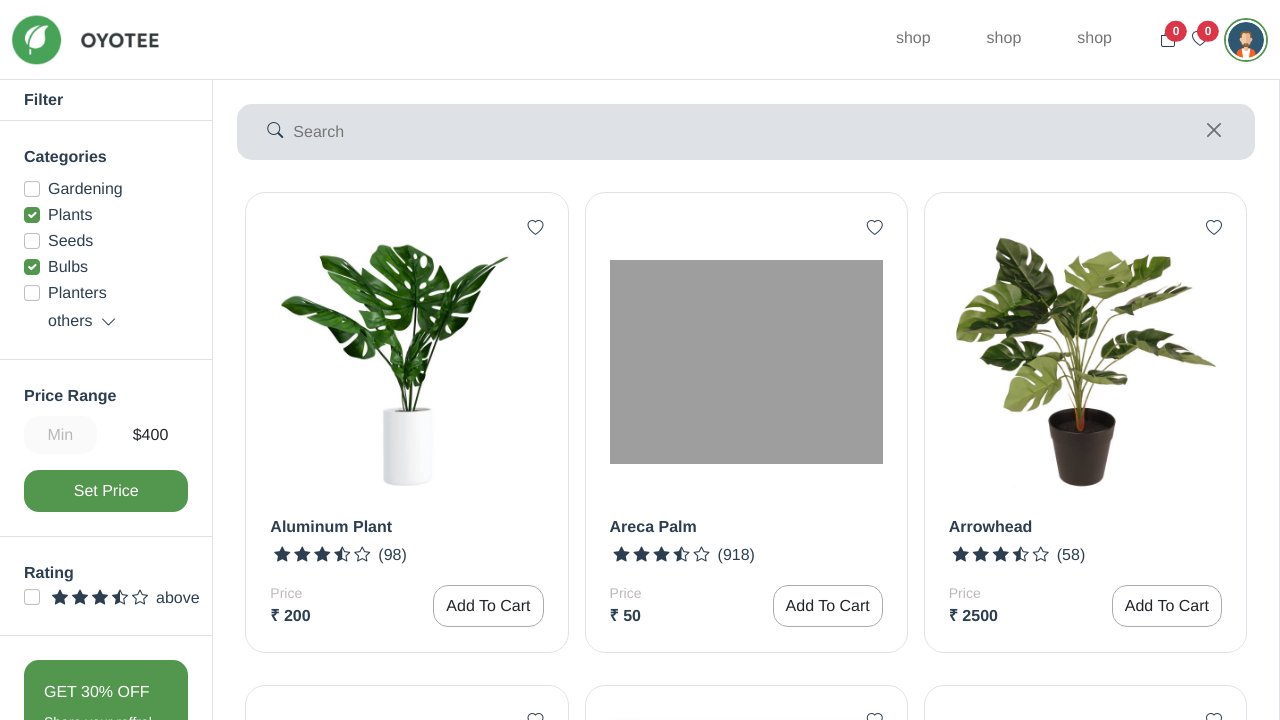
Repository: arpitaWebD/PlantShopping
Page: /
The author's editor kept a copy of each file at every save. The page is drawn from the files as they stood at one save, then again after the next save.
The browser window is 1280 px wide. The pictures show the whole page.
Pictures or frames that could not be fetched are drawn as grey boxes. An inner scrolling area shows only its first screen. Some web libraries are served in a nearby version. The project was rebuilt for these pictures with package versions that can differ from the ones it lists, and the page was loaded fresh each time. Also part of the build but not shown: src/views/AddToCart.vue, src/views/WishList.vue, src/components/Login.vue.

Above is the page before, as saved 2022-01-24 18:07:28.

### index.html
<!DOCTYPE html>
<html lang="en">
<head>
  <meta charset="UTF-8">
  <link rel="icon" href="/favicon.ico" />
  <meta name="viewport" content="width=device-width, initial-scale=1.0">
  <!-- bootstrap -->
  <link href="https://cdn.jsdelivr.net/npm/bootstrap@5.1.3/dist/css/bootstrap.min.css" rel="stylesheet"
    integrity="sha384-1BmE4kWBq78iYhFldvKuhfTAU6auU8tT94WrHftjDbrCEXSU1oBoqyl2QvZ6jIW3" crossorigin="anonymous" />
  <!--icons -->
  <link rel="stylesheet" href="https://cdn.jsdelivr.net/npm/bootstrap-icons@1.7.1/font/bootstrap-icons.css" />
  <link rel="stylesheet" href="./src/index.css">
  <title>Vite App</title>
</head>
<body>
  <div id="app"></div>
  <script src="https://cdn.jsdelivr.net/npm/bootstrap@5.0.2/dist/js/bootstrap.bundle.min.js"
    integrity="sha384-MrcW6ZMFYlzcLA8Nl+NtUVF0sA7MsXsP1UyJoMp4YLEuNSfAP+JcXn/tWtIaxVXM" crossorigin="anonymous"></script>
  <script type="module" src="/src/main.js"></script>
</body>
</html>

### src/App.vue
<template>
  <Navbar />
  <router-view />
</template>

<script>
import Navbar from "./components/Navbar.vue";
export default {
  components: {
    Navbar,
  },
};
</script>

### src/components/Navbar.vue
<template>
  <nav class="navbar navbar-expand-md navbar-light border-bottom header">
    <div class="container-fluid">
      <a class="navbar-brand" href="#">
        <router-link :to="{ name: 'Home' }">
          <img src="../assets/logo.png" alt="logo" class="logo" />
        </router-link>
      </a>
      <button
        class="navbar-toggler"
        type="button"
        data-bs-toggle="collapse"
        data-bs-target="#navbarNavAltMarkup"
      >
        <span class="navbar-toggler-icon"></span>
      </button>
      <div
        class="
          collapse
          navbar-collapse
          justify-content-md-end justify-content-center
        "
        id="navbarNavAltMarkup"
      >
        <div class="navbar-nav">
          <ul
            class="
              d-flex
              flex-column flex-md-row
              list-unstyled
              mb-0
              h-100
              align-items-center
              n-links
            "
          >
            <li class="nav-link">shop</li>
            <li class="nav-link">shop</li>
            <li class="nav-link">shop</li>
          </ul>
        </div>
        <div class="d-flex justify-content-center align-items-center">
          <div class="dropdown">
            <router-link :to="{ name: 'AddCart' }">
              <div class="me-3 cart-icon">
                <i class="bi bi-bag fa-2x"></i>
                <span
                  class="
                    position-absolute
                    bottom-0
                    start-100
                    translate-middle
                    badge
                    rounded-pill
                    bg-danger
                  "
                  >{{ cart.length }}</span
                >
              </div>
            </router-link>
          </div>
          <div class="me-3">
            <router-link :to="{ name: 'WishList' }">
              <div class="cart-icon">
                <i class="bi bi-heart fa-2x"></i>
                <span
                  class="
                    position-absolute
                    bottom-0
                    start-100
                    translate-middle
                    badge
                    rounded-pill
                    bg-danger
                  "
                  >{{ wishList.length }}</span
                >
              </div>
            </router-link>
          </div>
          <div class="avatar-icon">
            <img src="../assets/avatar.png" alt="avatar" width="40" />
          </div>
        </div>
      </div>
    </div>
  </nav>
</template>

<script>
import { mapState, mapMutations } from "vuex";
export default {
  computed: {
    ...mapState(["products", "cart", "wishList"]),
  },
};
</script>

### src/views/Home.vue
<template>
  <div class="addCart-card row p-0 m-0 flex-grow-1 main">
    <!-- <Login /> -->
    <LeftSidebar />
    <ProductView />
  </div>
</template>

<script>
import ProductView from "../views/ProductView.vue";
import LeftSidebar from "../views/LeftSidebar.vue";
// import Login from "../components/Login.vue";
export default {
  name: "Home",
  components: {
    ProductView,
    LeftSidebar,
  },
};
</script>

### src/views/ProductView.vue
<template>
  <div class="col-lg-9 col-xl-10 col-md-8 p-0 h-100">
    <div class="row m-0 h-100">
      <div
        class="border-end p-4 h-100 overflow-auto"
        :class="[showPreview ? 'col-md-7 col-lg-8' : 'col-lg-12 col-md-12']"
      >
        <Search :searchItem="searchItem" :filterProduct="filterProduct" />
        <div v-if="filterProduct.length">
          <div class="row g-3 m-0">
            <div
              class="col-sm-12"
              :class="[
                showPreview
                  ? 'col-md-12 col-xl-6 col-xxl-4'
                  : 'col-md-6 col-lg-4',
              ]"
              v-for="(product, index) in filterProduct"
              :key="index"
            >
              <Product :products="product" />
            </div>
          </div>
        </div>
        <div v-else class="d-flex justify-content-center">
          <img src="../assets/no-result.png" />
        </div>
      </div>
      <div class="col-md-5 col-lg-4 p-0" v-show="showPreview">
        <ProductPreview
          v-for="productPreview in productPreviews"
          :key="productPreview.id"
          :productPreviews="productPreview"
        />
      </div>
    </div>
  </div>
</template>

<script>
import Product from "../components/Product.vue";
import ProductPreview from "../components/ProductPreview.vue";
import Search from "../components/Search.vue";
import { mapMutations, mapState, mapGetters } from "vuex";
export default {
  components: {
    Product,
    ProductPreview,
    Search,
  },
  data() {
    return {
      search: "",
    };
  },
  computed: {
    ...mapState(["products", "showPreview", "productPreviews"]),
    ...mapGetters(["getProduct"]),

    filterProduct() {
      return this.products.filter((product) => {
        var productName = product.name.toLowerCase();
        var searchName = this.search.toLowerCase();
        return productName.includes(searchName);
      });
    },
  },
  methods: {
    ...mapMutations(["productPreview"]),
    searchItem(search) {
      this.search = search;
      return search;
    },
  },
};
</script>

### src/views/LeftSidebar.vue
<template>
  <div class="col-md-4 col-lg-3 col-xl-2 p-0 border-end left-sidebar h-100">
    <div class="border-bottom px-4 py-2">
      <span class="left-sidebar-header">filter</span>
    </div>
    <div class="border-bottom p-4">
      <span class="left-sidebar-header">categories</span>
      <div class="mt-2">
        <div>
          <div class="form-check">
            <input
              class="form-check-input"
              type="checkbox"
              value=""
              id="flexCheckDefault"
            />
            <label class="form-check-label" for="flexCheckDefault">
              Gardening
            </label>
          </div>
          <div class="form-check">
            <input
              class="form-check-input"
              type="checkbox"
              value=""
              id="flexCheckChecked"
              checked
            />
            <label class="form-check-label" for="flexCheckChecked">
              Plants
            </label>
          </div>
          <div class="form-check">
            <input
              class="form-check-input"
              type="checkbox"
              value=""
              id="flexCheckDefault1"
            />
            <label class="form-check-label" for="flexCheckDefault1">
              Seeds
            </label>
          </div>
          <div class="form-check">
            <input
              class="form-check-input"
              type="checkbox"
              value=""
              id="flexCheckChecked2"
              checked
            />
            <label class="form-check-label" for="flexCheckChecked2">
              Bulbs
            </label>
          </div>

          <div class="form-check">
            <input
              class="form-check-input"
              type="checkbox"
              value=""
              id="flexCheckDefault3"
            />
            <label class="form-check-label" for="flexCheckDefault3">
              Planters
            </label>
          </div>
        </div>
        <div class="d-flex align-items-center ms-4">
          <span>others</span>
          <span class="d-flex mt-1 ms-2"
            ><i class="bi bi-chevron-down"></i
          ></span>
        </div>
      </div>
    </div>
    <div class="border-bottom p-4">
      <span class="left-sidebar-header">Price range</span>
      <div class="mt-2 d-flex mb-3">
        <div class="w-50 me-3 disable-btn">min</div>
        <div class="w-50 btn secoudary-btn">$400</div>
      </div>
      <div>
        <button class="btn primary-btn" type="button">set price</button>
      </div>
    </div>
    <div class="border-bottom p-4">
      <span class="left-sidebar-header">Rating</span>
      <div class="d-flex align-items-center">
        <div class="form-check">
          <input
            class="form-check-input"
            type="checkbox"
            value=""
            id="flexCheckDefault"
          />
        </div>
        <div class="d-flex">
          <span class="ms-1"><i class="bi bi-star-fill"></i></span>
          <span class="ms-1"><i class="bi bi-star-fill"></i></span>
          <span class="ms-1"><i class="bi bi-star-fill"></i></span>
          <span class="ms-1"><i class="bi bi-star-half"></i></span>
          <span class="ms-1"><i class="bi bi-star"></i></span>
        </div>
        <div class="ms-2">above</div>
      </div>
    </div>
    <div class="p-4">
      <div class="discount-card d-flex flex-column">
        <span class="title">Get 30% off</span>
        <span class="sub-title my-2">
          Share your reffral code and get discount!
        </span>
        <button class="btn primary-btn yellow-btn" type="button">share</button>
      </div>
    </div>
  </div>
</template>

<script>
export default {};
</script>

<style></style>

### src/components/Product.vue
<template>
  <div class="product-card p-4 border my-2" :class="{ active: ss }">
    <div class="img-section text-center">
      <img
        :src="products.url"
        alt="product img"
        @click="productPreview(products)"
      />
      <div class="like-icon" @click="addToWishlist(products)">
        <i
          class="bi"
          :class="[
            !products.likeProductq ? 'bi-heart' : 'bi-heart-fill fav-icon',
          ]"
        ></i>
      </div>
    </div>
    <div class="mt-2">
      <div class="text-start fw-bold">
        {{ products.name }}
      </div>
      <div class="d-flex mt-1">
        <div class="d-flex">
          <span class="ms-1"><i class="bi bi-star-fill"></i></span>
          <span class="ms-1"><i class="bi bi-star-fill"></i></span>
          <span class="ms-1"><i class="bi bi-star-fill"></i></span>
          <span class="ms-1"><i class="bi bi-star-half"></i></span>
          <span class="ms-1"><i class="bi bi-star"></i></span>
        </div>
        <span class="ms-2">({{ products.reviewCount }})</span>
      </div>
    </div>
    <div class="d-flex align-items-center justify-content-between mt-3">
      <div class="d-flex flex-column">
        <span class="price-name">Price</span>
        <span
          ><b>₹ {{ products.price }}</b></span
        >
      </div>
      <div>
        <button
          class="btn secondary-btn"
          type="button"
          @click="addToCart(products)"
        >
          Add to cart
        </button>
      </div>
    </div>
  </div>
</template>

<script>
import { mapState, mapMutations } from "vuex";
export default {
  computed: {
    ...mapState(["products", "cart", "wishList", "wishlistProductt"]),
  },
  methods: {
    ...mapMutations([
      "addToCart",
      "likeProduct",
      "addToWishlist",
      "productPreview",
    ]),
  },
  props: ["products"],
};
</script>

### src/components/Search.vue
<template>
  <div class="search-menu mb-2">
    <div class="d-flex search-icon" :class="{ 'search-icon-round': modal }">
      <span class="me-2"><i class="bi bi-search"></i></span>
      <input
        type="text"
        placeholder="Search"
        v-model="search"
        class="flex-grow-1 border-0"
        @input="searchItem(search)"
        @focus="modal = true"
      />
      <button
        type="button"
        class="btn-close btn-sm btn"
        aria-label="Close"
        @click="close()"
      ></button>
    </div>
    <div class="search-dropdown" :class="{ opened: modal }">
      <ul v-if="modal" class="list-unstyled mb-0">
        <li
          v-for="filterdState in filterProduct"
          :key="filterdState.id"
          @click="productPreview(filterdState) && modal == false"
        >
          <div class="row">
            <div class="col-2 d-flex justify-content-center align-items-center">
              <img :src="filterdState.url" height="80" class="rounded-3" />
            </div>
            <div class="d-flex flex-column col-10">
              <span class="fw-bold">{{ filterdState.name }}</span>
              <span> {{ filterdState.shortdesc }}</span>
              <span class="fw-bold">₹ {{ filterdState.price }}</span>
            </div>
          </div>
        </li>
      </ul>
      <ul
        v-if="filterProduct.length == 0 && search.length > 0"
        class="list-unstyled mb-0 no-result"
      >
        <li class="text-center fw-bold">No results...</li>
      </ul>
    </div>
  </div>
</template>

<script>
import { mapMutations, mapState } from "vuex";
export default {
  data() {
    return {
      search: "",
      modal: false,
    };
  },
  props: {
    searchItem: Function,
    filterProduct: Function,
  },
  computed: {
    ...mapState(["modal"]),
  },
  methods: {
    //clear search product
    close() {
      this.search = "";
      this.modal = false;
      return this.search;
    },
    //set search data
    setState(search) {
      this.search = search.name;
      this.modal = false;
    },
    ...mapMutations(["productPreview"]),
  },
};
</script>

### src/components/ProductPreview.vue
<template>
  <div class="right-sidebar p-4">
    <div class="flex-grow-1 h-100 pb-5">
      <div class="rs-img-section">
        <span class="rs-close" @click="clsoePreview"
          ><i class="bi bi-x"></i
        ></span>
        <div class="text-center">
          <img
            class="img-fluid img-section"
            :src="productPreviews.url"
            alt="product"
            height="250"
          />
        </div>

        <div class="rs-slider d-flex mt-4">
          <div class="rs-slider-img mx-2">
            <img src="../assets/slider-1.jpg" alt="slider1" />
          </div>
          <div class="rs-slider-img mx-2">
            <img src="../assets/slider-1.jpg" alt="slider1" />
          </div>
          <div class="rs-slider-img mx-2">
            <img src="../assets/slider-1.jpg" alt="slider1" />
          </div>
          <div class="rs-slider-img mx-2">
            <img src="../assets/slider-4.jpg" alt="slider1" />
          </div>
        </div>
      </div>
      <div class="mt-3">
        <span class="main-title">{{ productPreviews.name }}</span>
        <p class="main-subtitle">
          {{ productPreviews.subname }}
        </p>
      </div>
      <div>
        <div class="d-flex">
          <div class="w-50 tab tab-active">details</div>
          <div class="w-50 tab">
            reviewes({{ productPreviews.reviewCount }})
          </div>
        </div>
        <div v-show="tabDetails">details tab content</div>
        <div v-show="tabReviews">review tab content</div>
      </div>
    </div>
    <div class="rs-footer py-3 d-flex align-items-center">
      <div class="me-3 like-icon cursor-pointer" @click="addToWishlist(productPreviews)">
        <i
          class="bi"
          :class="[
            !productPreviews.likeProductq
              ? 'bi-heart'
              : 'bi-heart-fill fav-icon',
          ]"
        ></i>
      </div>
      <div class="flex-grow-1">
        <button
          class="btn primary-btn"
          type="button"
          @click="addToCart(productPreviews)"
        >
          <span>₹{{ productPreviews.price }}</span>
          <span>-Add to cart</span>
        </button>
      </div>
    </div>
  </div>
</template>

<script>
import { mapMutations } from "vuex";
export default {
  methods: {
    ...mapMutations(["clsoePreview", "addToCart","addToWishlist"]),
  },
  props: ["productPreviews"],
};
</script>

Loaded but not shown: src/main.js (185 lines, source omitted); src/router.js (35 lines, source omitted); src/index.css (452 lines, source omitted)

After the next save:
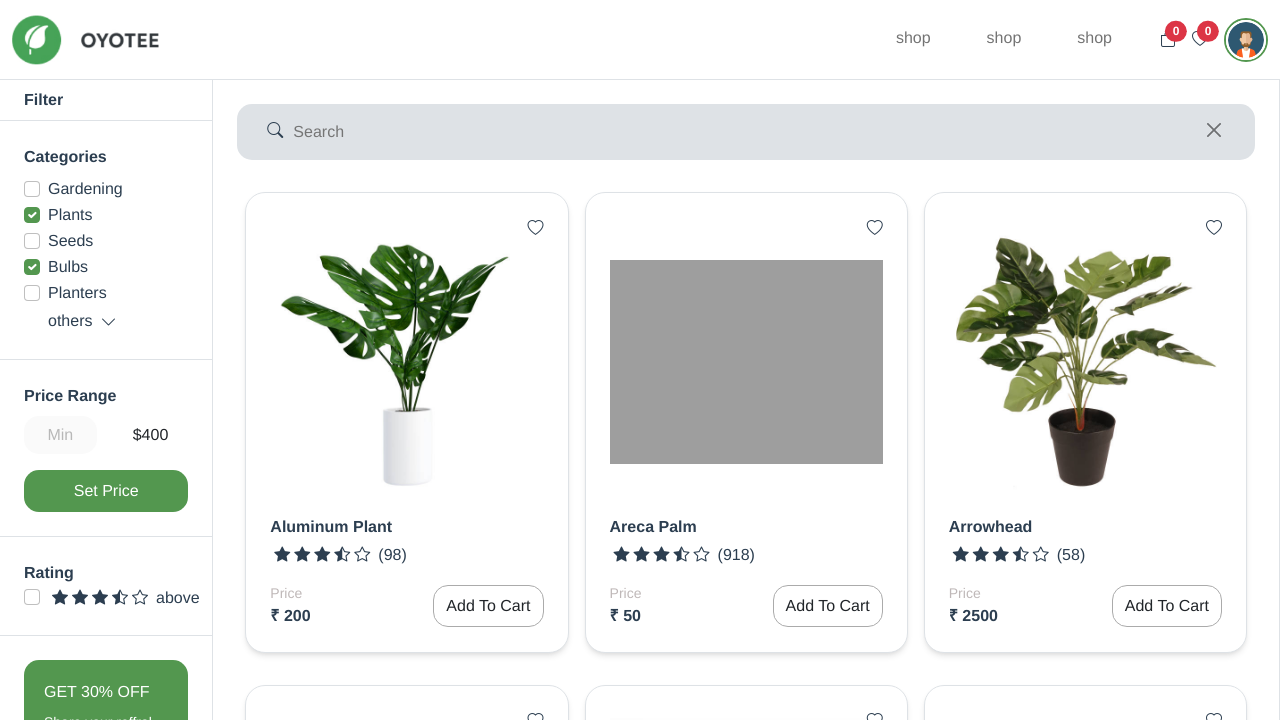
Saved 4 min 38 s later.
--- a/src/components/Product.vue
+++ b/src/components/Product.vue
@@ -1,5 +1,5 @@
 <template>
-  <div class="product-card p-4 border my-2" :class="{ active: ss }">
+  <div class="product-card p-4 border my-2" :class="{ active: productPreview }">
     <div class="img-section text-center">
       <img
         :src="products.url"

After the save that followed:
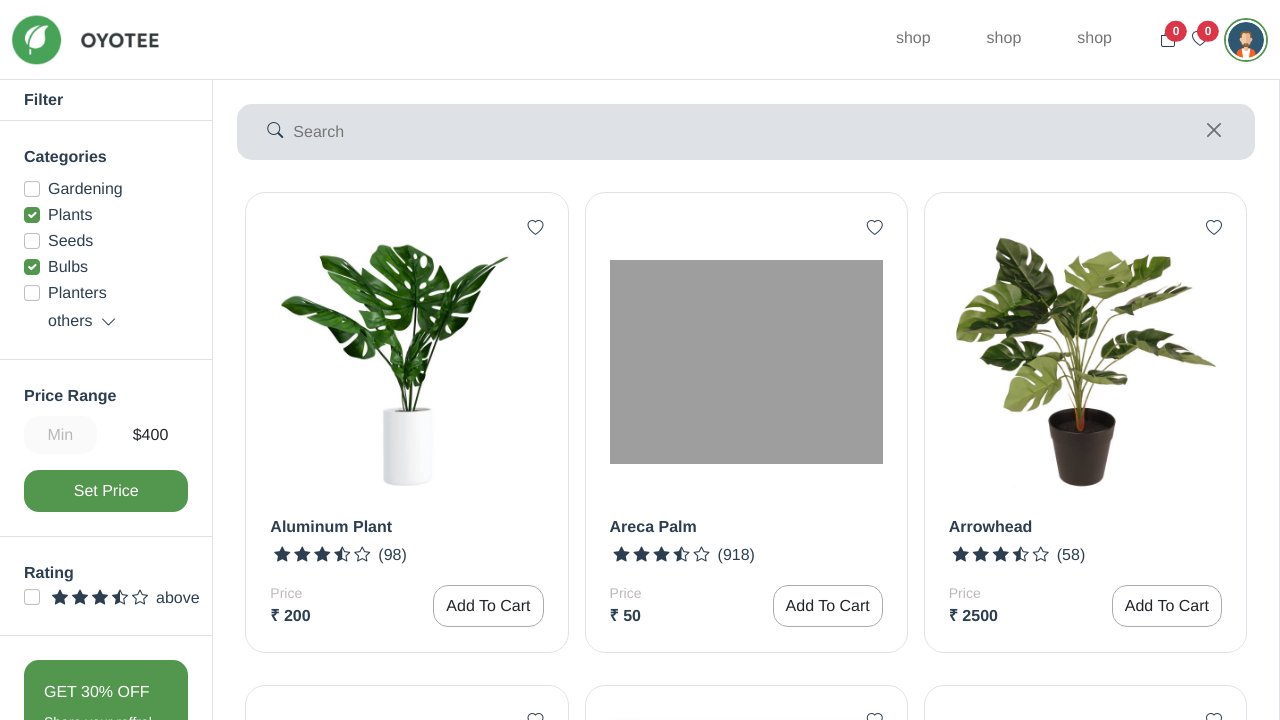
Console error (its wording comes from the project's code and is left out).
Saved 19 s later.
--- a/src/components/Product.vue
+++ b/src/components/Product.vue
@@ -1,5 +1,8 @@
 <template>
-  <div class="product-card p-4 border my-2" :class="{ active: productPreview }">
+  <div
+    class="product-card p-4 border my-2"
+    :class="{ active: productPreview(products) }"
+  >
     <div class="img-section text-center">
       <img
         :src="products.url"
